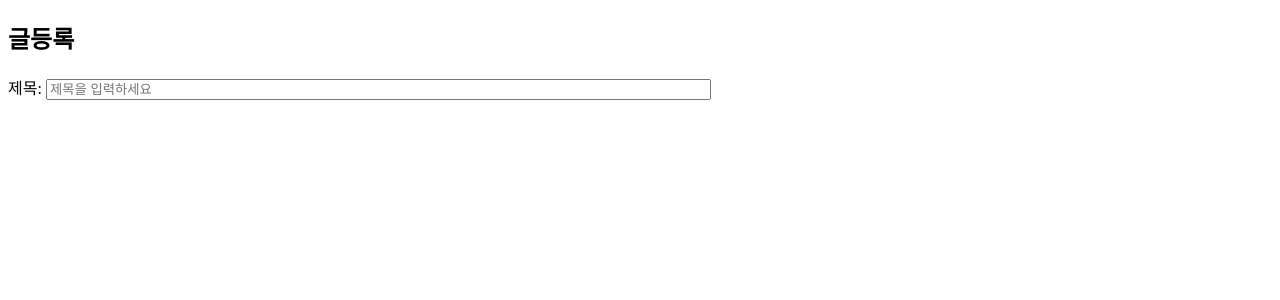
Repository: Park147/Django_class
Page: Djangohjm/Gasipan/pyboard/board/templates/board/register.html
An editor plug-in stored every save of this project. The page is shown before and after the next save, followed by the edit.
The browser window is 1280 px wide. The pictures show the whole page.

Above is the page before, as saved 2023-07-18 07:16:11.

### Djangohjm/Gasipan/pyboard/board/templates/board/register.html
<!DOCTYPE html>
<html>
<head>
<meta charset="UTF-8">
<title>Insert title here</title>
</head>
<body>
<h2>글등록</h2>
<form id="form1" name="form1" method="post" action="/insert/" enctype="multipart/form-data"></form>
<div>제목: <input type="text name="title" size="80" placeholder="제목을 입력하세요"</div>
</body>
</html>

After the next save:
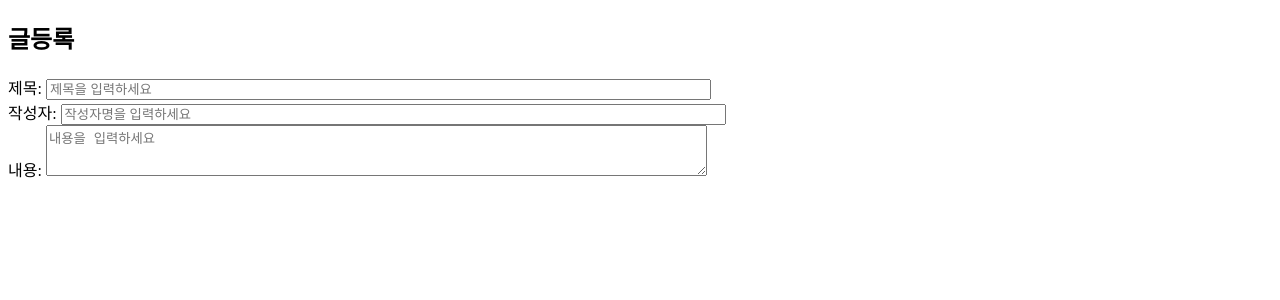
Saved 95 s later.
--- a/Djangohjm/Gasipan/pyboard/board/templates/board/register.html
+++ b/Djangohjm/Gasipan/pyboard/board/templates/board/register.html
@@ -7,6 +7,8 @@
 <body>
 <h2>글등록</h2>
 <form id="form1" name="form1" method="post" action="/insert/" enctype="multipart/form-data"></form>
-<div>제목: <input type="text name="title" size="80" placeholder="제목을 입력하세요"</div>
+<div>제목: <input type="text name="title" size="80" placeholder="제목을 입력하세요"></div>
+<div>작성자: <input type="text name="writer" size="80" placeholder="작성자명을 입력하세요"></div>
+<div>내용: <textarea rows="3" cols="80" name="content" placeholder="내용을 입력하세요"></textarea></div>
 </body>
 </html>
